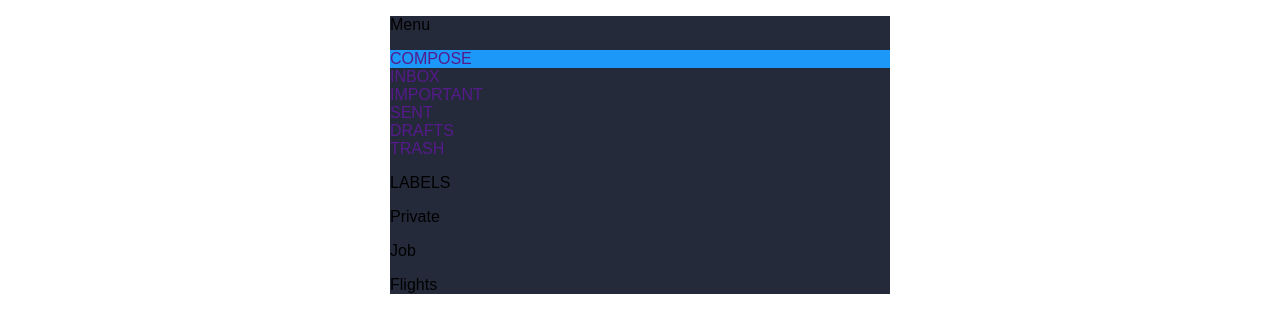
Repository: Gumiin/studia
Page: lesson4/index.html
The author's editor kept a copy of each file at every save. The page is drawn from the files as they stood at one save, then again after the next save.
The browser window is 1280 px wide. The pictures show the whole page.

Above is the page before, as saved 2021-04-07 17:45:39.

After the next save:
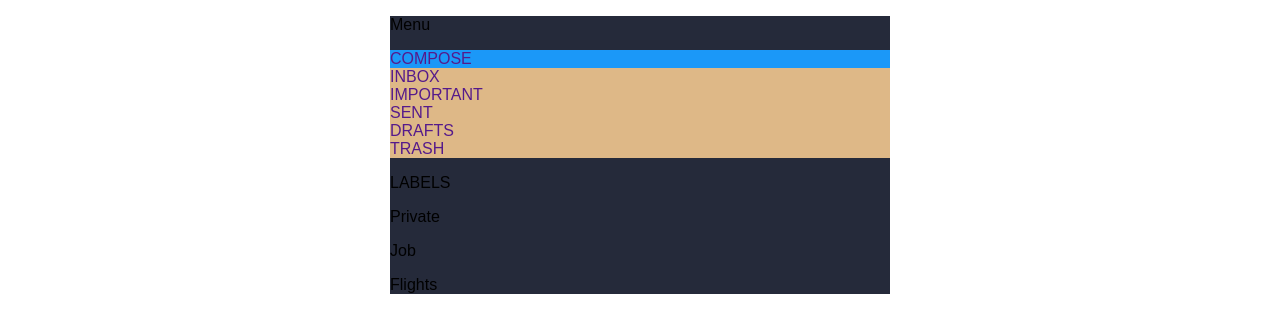
Saved 90 s later.
--- a/lesson4/style.css
+++ b/lesson4/style.css
@@ -10,7 +10,9 @@ body{
 #menu{
     background-color: #252a3a;
     font: 16px;
-
+}
+.menu{
+    background-color: burlywood;
 }
 #compose{
     background-color:#1B98F8;
